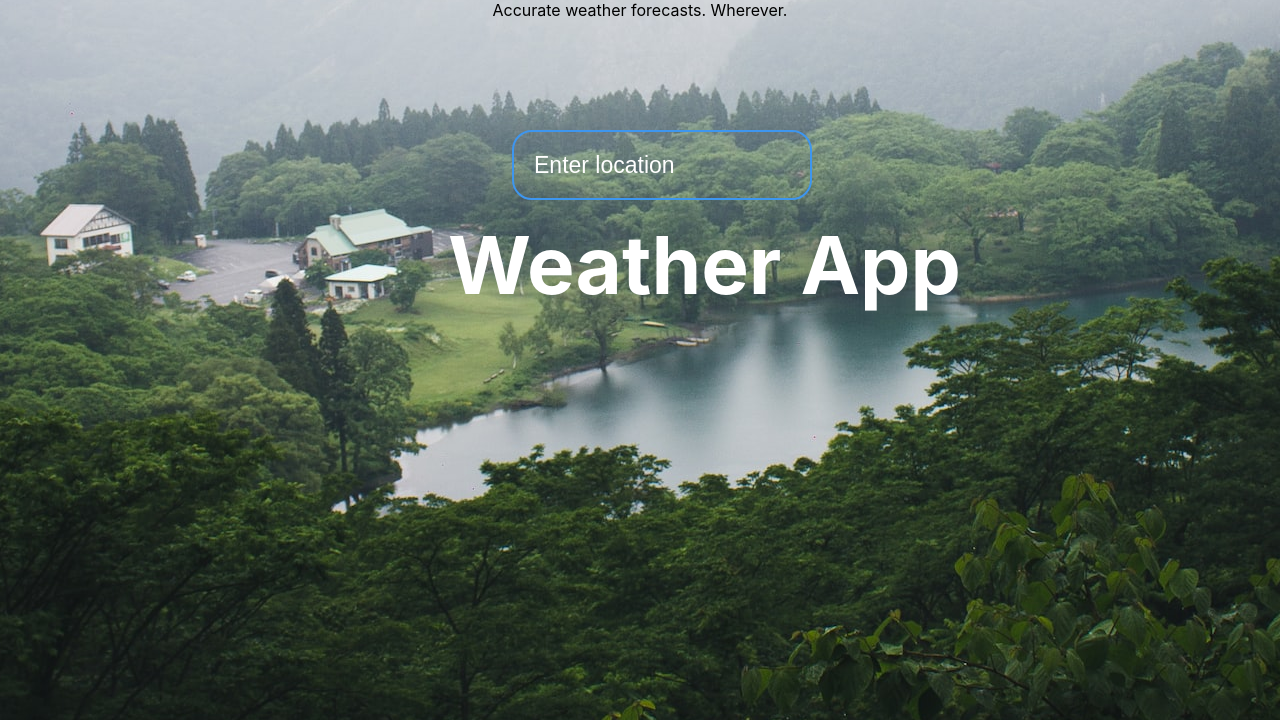
Repository: RenataDzotova/WeatherForecast
Page: /
An editor plug-in stored every save of this project. The page is shown before and after the next save, followed by the edit.
The browser window is 1280 px wide. The pictures show the whole page.
The project was rebuilt for these pictures with package versions that can differ from the ones it lists, and the page was loaded fresh each time. The framework's server and built-in components were replaced by stand-ins that run in the browser. Also part of the build but not shown: next.config.js, styles/Home.module.css.

Above is the page before, as saved 2023-01-19 16:46:54.

### pages/index.js
import Head from 'next/head'
import Image from 'next/image'
import styles from '../styles/Home.module.css'
import axios from 'axios'
import { useState } from 'react'
import { FlexBox, Wrapper, Text, ImgPlaceholder } from '../styles/global'

export default function Home() {
  const [data, setData] = useState({});
  const [location, setLocation] = useState('');
  const [weather, setWeather] = useState();
  const [errorMessage, setErrorMessage] = useState('')
  const [showTitle, setShowTitle] = useState('Weather App')
  const [showDesc, setShowDesc] = useState('Accurate weather forecasts. Wherever.')

  const searchLocation = (event) => {
    if (event.key === "Enter"){
      axios.get(url)
      .then((response) => {
        console.clear()
        setData(response.data)
        console.log(response.data)
        setWeather(response.data.weather)
        setErrorMessage("")
        setShowTitle("")
        setShowDesc("")
      }) .catch(err => {
        console.log(err)
        setErrorMessage("Please enter another location")
        setData({})
        setWeather()
      })
      setLocation('')
    }
  }

  var apiKey = "f1c3aba9f416efdb16702d2866709e98";
  var lang = "en";
  var units = "metric";
  const url = `https://api.openweathermap.org/data/2.5/weather?q=${location}&units=${units}&appid=${apiKey}&lang=${lang}`

  return (
    <div className={styles.bg}>
      <Head>
        <title>Create Next App</title>
        <meta name="description" content="Generated by create next app" />
        <link rel="icon" href="/favicon.ico" />
        <link rel="preconnect" href="https://fonts.gstatic.com" crossorigin />
        <link
            href="https://fonts.googleapis.com/css2?family=Plus+Jakarta+Sans:ital,wght@0,200;0,300;0,400;0,500;0,600;0,700;0,800;1,200;1,300;1,400;1,500;1,600;1,700;1,800&display=swap"
            rel="stylesheet"
            />
      </Head>

      <main>


        {
          data &&
            <span>
              {errorMessage}
              <span className='titleText'>
              {showTitle}
              </span>
              <span className='descText'>
              {showDesc}
              </span>
            </span>
        }


        <input className='inputStyle'
          value = {location}
          onChange={event=> setLocation(event.target.value)}
          placeholder="Enter location"
          onKeyDown={searchLocation}
          type="text"
          style={{position:"absolute", top:"130px", left:"40%" }}
        >
        </input>

        {
          weather && weather.map((w, index) =>{
            return(
              <Wrapper bgImage={ data.main.temp.toFixed() < 0 && w.main=="Snow" ? "/alora-griffiths-HlnFco4i624-unsplash.jpg" : w.main=="Rain" || w.main=="Thunderstorm" ? "/nick-nice-ve-R7PCjJDk-unsplash.jpg" : w.main=="Clouds" ? "/johny-goerend-z_SXPzTMKkc-unsplash.jpg" : "/kenrick-mills-MF9Wy1NA55I-unsplash-2.jpg"} key={index}>

                  <FlexBox dir="column" width="100%" height="100%">
                    <FlexBox dir="column" margin="200px 0 0 0">
                      <Text color="white" fontSize="65px" fontWeight="bold">{data.name}</Text>
                        <FlexBox alignItems="flex-start">
                          <Text color="white" fontSize="90px" fontWeight="bold">{data.main.temp.toFixed()}°</Text>
                          <FlexBox margin="15px 0 12px 10px"><Text color="white" fontSize="30px">{w.main} </Text></FlexBox>
                        </FlexBox>
                    </FlexBox>

                    <FlexBox flexWrap="wrap" margin="100px 0 0 0" bgColor="rgba(227, 227, 227, 0.25)" border="rgba(227, 227, 227) solid 2px" minHeight="130px" width="60%" borderRadius="30px" justifyContent="space-around" padding="0 20px 0 20px">
                      <FlexBox dir="column">
                        <Text color="white" fontSize="65px" fontWeight="700">{data.main.feels_like.toFixed()}°C</Text>
                        <Text color="white">Feels like</Text>
                      </FlexBox>
                      <FlexBox dir="column">
                        <Text color="white" fontSize="65px" fontWeight="700">{data.main.humidity}%</Text>
                        <Text color="white">Humidity</Text>
                      </FlexBox>
                      <FlexBox dir="column">
                        <FlexBox>
                          <Text color="white" fontSize="65px" fontWeight="700">{data.main.pressure}</Text>
                          <Text fontSize="20px" margin="0 0 15px 0" color="white">hPa</Text>
                        </FlexBox>
                        <Text color="white">Pressure</Text>
                      </FlexBox>
                      { data.wind.gust &&
                      <FlexBox dir="column">
                        <FlexBox>
                          <Text color="white" fontSize="65px" fontWeight="700">{data.wind.gust}</Text>
                          <Text fontSize="20px" margin="0 0 15px 0" color="white">M/s</Text>
                        </FlexBox>
                        <Text color="white">Wind</Text>
                      </FlexBox>
                      }
                    </FlexBox>
                  </FlexBox>
              </Wrapper>
            )
          })
        }
      </main>

      {/* <footer className={styles.footer}>
        <a
          href="https://vercel.com?utm_source=create-next-app&utm_medium=default-template&utm_campaign=create-next-app"
          target="_blank"
          rel="noopener noreferrer"
        >
          Powered by{' '}
          <span className={styles.logo}>
            <Image src="/vercel.svg" alt="Vercel Logo" width={72} height={16} />
          </span>
        </a>
      </footer> */}
    </div>
  )
}

### styles/globals.css
html,
body {
  padding: 0;
  margin: 0;
  font-family: -apple-system, BlinkMacSystemFont, Segoe UI, Roboto, Oxygen,
    Ubuntu, Cantarell, Fira Sans, Droid Sans, Helvetica Neue, sans-serif;
  background-image: url("../public/cory-bjork-nkXNnX4BG1k-unsplash.jpg");
  background-position: center;
  background-repeat: no-repeat;
  display: flex;
  justify-content: center;
  align-items: center;
  flex-direction: column;
}

.titleText{
  font-size: 80px;
  font-weight: 700;
  color: white;
  background-color: transparent;
  position: absolute;
  left: 35%;
  top: 30%;
}

a {
  color: inherit;
  text-decoration: none;
}

.inputStyle{
  border-radius: 20px;
  height: 70px;
  width: 300px;
  font-size: 23px;
  padding: 20px;
  background-color: transparent;
  color: rgb(14, 40, 66);
  border: 2px solid rgb(62, 150, 239);
}
::placeholder {
  color: white;
  opacity: 1; /* Firefox */
}

* {
  box-sizing: border-box;
}

@media (prefers-color-scheme: dark) {
  html {
    color-scheme: dark;
  }
  body {
    color: white;
    background: black;
  }
}

### styles/global.js
import styled from 'styled-components';

export const Text = styled.p`
    font-size: ${props=>props.fontSize || "21px"};
    font-weight: ${props=>props.fontWeight || "normal"};
    color: ${props=>props.color};
    margin: ${props=>props.margin || "0px"};

`


export const FlexBox = styled.div`
    display:flex;
    justify-content:${props=>props.justifyContent || "center"};
    align-items:${props=>props.alignItems || "center"};
    flex-direction:${props=>props.dir || "row"};
    flex-wrap: ${props=>props.flexWrap};
    width: ${props=>props.width};
    height: ${props=>props.height};
    background-color: ${props=>props.bgColor};
    padding: ${props=>props.padding};
    margin: ${props=>props.margin || "0px"};
    min-height: ${props=>props.minHeight};
    max-height: ${props=>props.maxHeight};
    background-image: ${props=>props.linearGradient || "none"}, url(${props=>props.bgImage});
    background-position: ${props=>props.bgPosition || "center"};
    background-size: ${props=>props.bgSize || "cover"};
    background-repeat: ${props=>props.bgRepeat};
    border-radius:${props=>props.borderRadius};
    filter: ${props=>props.filter};
    border: ${props=>props.border};
    z-index:${props=>props.zIndex};
    position: ${props=>props.position};
    top: ${props=>props.top};
    left:${props=>props.left};
    bottom: ${props=>props.bottom};
    border-bottom-style: ${props=>props.borderBottom};
    box-shadow: ${props=>props.boxShadow};
    border-top: ${props=>props.topBorder};
    border-bottom: ${props=>props.bottomBorder};
    color: ${props=>props.color};
    font-weight: ${props=>props.fontWeight};
    cursor: ${props=>props.cursor};
    max-width: ${props=>props.maxWidth};
    min-width: ${props=>props.minWidth};
    overflow-y: ${props=>props.overflowY};
    overflow-anchor: ${props=>props.overflowA};
    overflow-x: ${props=>props.overflowX};
`

export const Wrapper = styled(FlexBox) `
    width: 100vw;
    min-width: ${props=>props.minWidth};
    height: ${props=>props.height || "100vh"};
    padding:${props=>props.padding};
    overflow-x: ${props=>props.overflowX};
    overflow-y: ${props=>props.overflowY};
    background-image: ${props=>props.linearGradient || "none"}, url(${props=>props.bgImage});
    background-position: ${props=>props.bgPosition || "center"};
    background-size: ${props=>props.bgSize || "cover"};
`


export const ImgPlaceholder = styled.div`
    width: ${props=>props.width || "134px"};
    height: ${props=>props.height || "154px"};
    border-radius: ${props=>props.borderRadius || "8px 0px 0px 8px"};
    background-image: url(${props=>props.bgImage});
    margin: ${props=>props.margin};
    position: ${props=>props.position};
    top: ${props=>props.top};
    background-position: center;
    background-size: cover;
`

Loaded but not shown: pages/_app.js (common file)

After the next save:
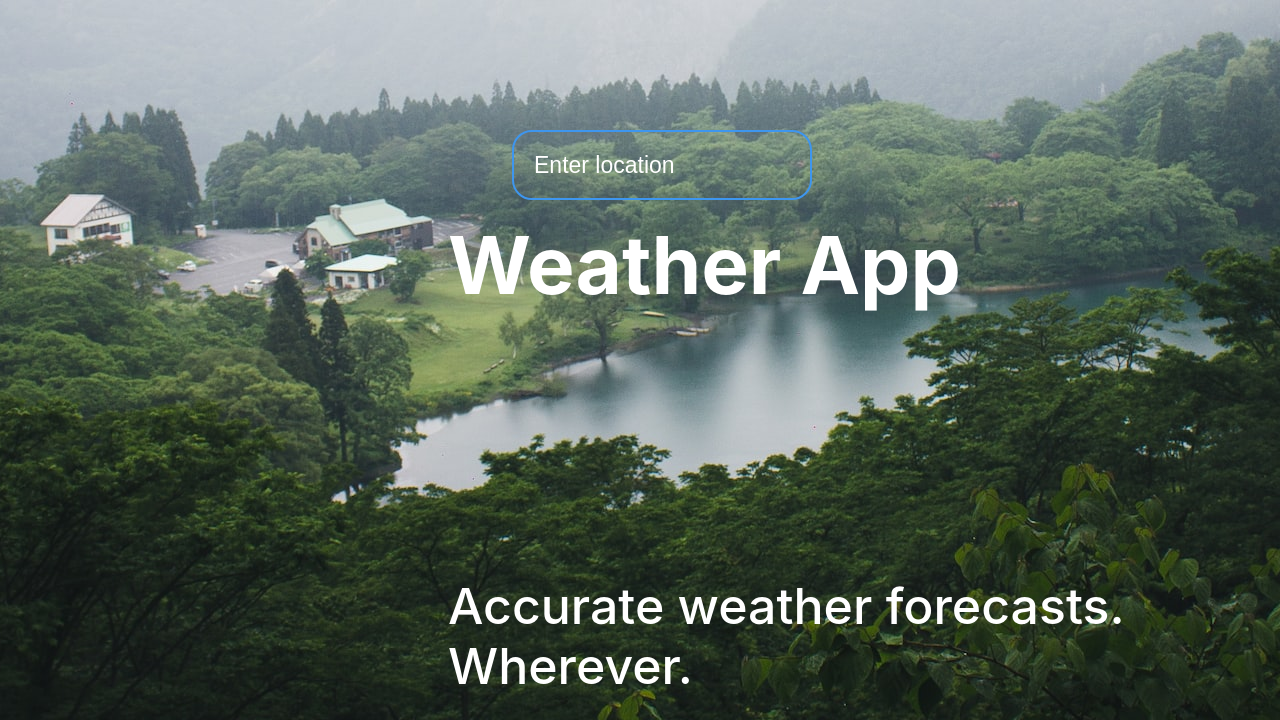
Saved 51 s later.
--- a/styles/globals.css
+++ b/styles/globals.css
@@ -21,6 +21,16 @@ body {
   position: absolute;
   left: 35%;
   top: 30%;
+}
+
+.descText{
+  font-size: 50px;
+  font-weight: 500;
+  color: white;
+  background-color: transparent;
+  position: absolute;
+  left: 35%;
+  top: 80%;
 }
 
 a {
